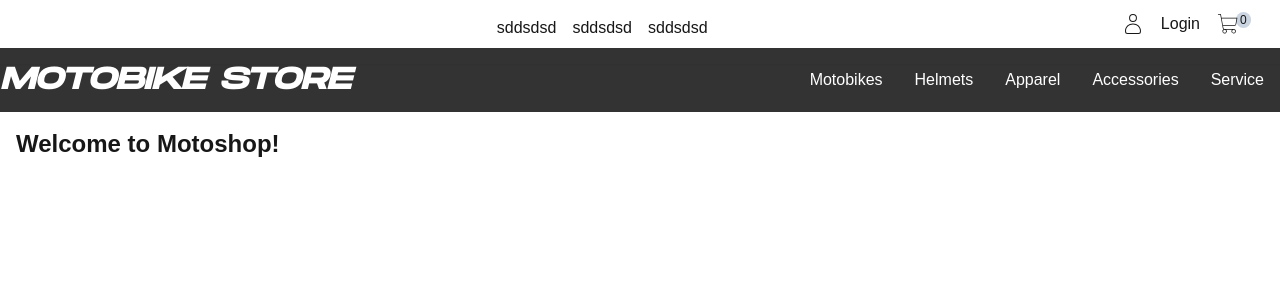
Repository: Than-sothearak/next-motoshop
Page: /
The author's editor kept a copy of each file at every save. The page is drawn from the files as they stood at one save, then again after the next save.
The browser window is 1280 px wide. The pictures show the whole page.
The project was rebuilt for these pictures with package versions that can differ from the ones it lists, and the page was loaded fresh each time. The framework's server and built-in components were replaced by stand-ins that run in the browser. Also part of the build but not shown: next.config.mjs.

Above is the page before, as saved 2024-10-10 21:29:45.

### app/layout.js
import localFont from "next/font/local";
import "./globals.css";
import Navbar from "./components/Navbar";

export const metadata = {
  title: "Create Next App",
  description: "Generated by create next app",
};

export default function RootLayout({ children }) {
  return (
    <html lang="en">
      <body

      >
        <Navbar />
        {children}
      </body>
    </html>
  );
}

### app/page.js
export default function Home() {
  return (
    <div className="p-4">
    <h1 className="text-2xl font-bold">Welcome to Motoshop!</h1>
    {/* Product listing here */}
  </div>
  );
}

### app/components/Navbar.js
"use client";
import { PiShoppingCartThin } from "react-icons/pi";
import { CiUser } from "react-icons/ci";
import { usePathname } from "next/navigation";
const links = [
  { title: "Motobikes", link: "/motobike" },
  {
    title: "Helmets",
    link: "/helmets",
    subLink: [{ title: "Fullface", link: "/helmets/fullface" }],
  },
  { title: "Apparel", link: "/apparel" },
  { title: "Accessories", link: "/accessories" },
  { title: "Service", link: "/service" },
];
export default function Navbar() {
  const partName = usePathname();
  console.log(partName);
  return (
    <>
      <div className="flex gap-4 h-12 justify-end px-10 items-center">
        <CiUser size={24} className="cursor-pointer" />
        Login
        <div>
          <div className="relative">
            <p className="absolute bg-slate-300 text-xs rounded-full px-1 left-5">
              0
            </p>
          </div>
          <PiShoppingCartThin size={24} className="relative cursor-pointer" />
        </div>
      </div>
      <nav className="mx-auto text-black bg-black/80 flex justify-between relative">
        <div className="container mx-auto flex justify-between items-center">
          <div className="h-16 flex justify-center items-center">
            <a
              href="/"
              className="italic font-bold text-3xl font-monument text-white uppercase"
            >
              Motobike store
            </a>
          </div>

          <div className="flex text-white">
            {links.map((link) => (
              <div
                key={link.title}
                className={`${
                  partName === link.link ? "bg-black underline" : ""
                } flex gap-4 h-16 px-4 justify-center items-center`}
              >
                <a href={link.link} className="cursor-pointer hover:underline">
                  <h3>{link.title} </h3>
                </a>
              </div>
            ))}
          </div>
        </div>
      </nav>

      <div className="shadow-sm p-4 h-16 container mx-auto  justify-center flex absolute z-20 top-0">
        <div>
          <ul className="grid grid-cols-4 gap-4">
            <a>sddsdsd</a>
            <a>sddsdsd</a>
            <a>sddsdsd</a>
          </ul>
        </div>
      </div>
    </>
  );
}

Loaded but not shown: app/globals.css (common file); tailwind.config.js (common file)

After the next save:
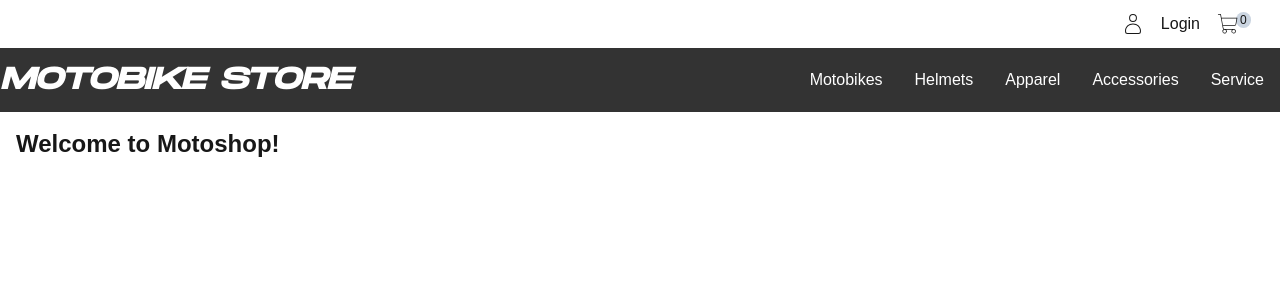
Saved 13 s later.
--- a/app/components/Navbar.js
+++ b/app/components/Navbar.js
@@ -58,15 +58,7 @@ export default function Navbar() {
         </div>
       </nav>
 
-      <div className="shadow-sm p-4 h-16 container mx-auto  justify-center flex absolute z-20 top-0">
-        <div>
-          <ul className="grid grid-cols-4 gap-4">
-            <a>sddsdsd</a>
-            <a>sddsdsd</a>
-            <a>sddsdsd</a>
-          </ul>
-        </div>
-      </div>
+
     </>
   );
 }
